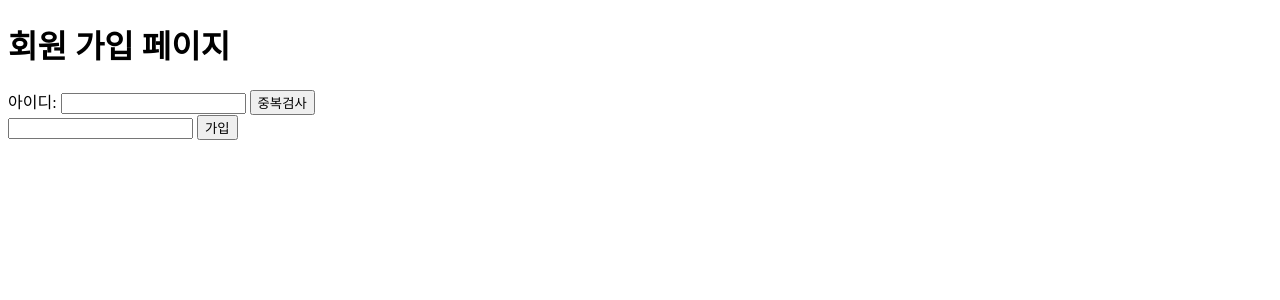
Repository: woneeseo/javastudy
Page: htmlStudy/workspace_html/HelloWorld/WebContent/d.html
The author's editor kept a copy of each file at every save. The page is drawn from the files as they stood at one save, then again after the next save.
The browser window is 1280 px wide. The pictures show the whole page.

Above is the page before, as saved 2020-12-04 07:05:30.

After the next save:
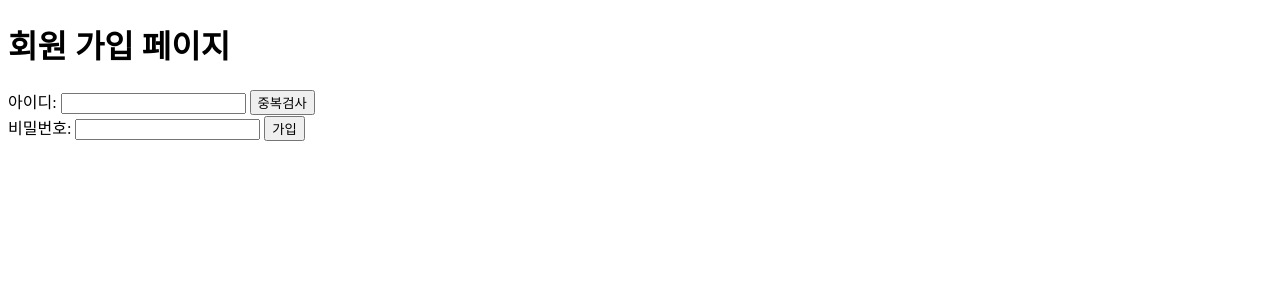
Saved 32 s later.
--- a/htmlStudy/workspace_html/HelloWorld/WebContent/d.html
+++ b/htmlStudy/workspace_html/HelloWorld/WebContent/d.html
@@ -15,8 +15,8 @@
 	<!-- lable : 직접 input태그를 클릭하지 않아도 레이블 부분을 클릭하면 커서가 input창으로 감 -->
 	<!-- id와 label을 묶어 줄 때에는 별도의 id를 만들어서 label태그에 for를 이용해 묶어준다. -->
 	<br>
-
-	<input type="password" name="pw">
+	<label for="pw">비밀번호: </label>
+	<input id="pw" type="password" name="pw">
 	<input type="submit" value="가입">
 
 </form>
